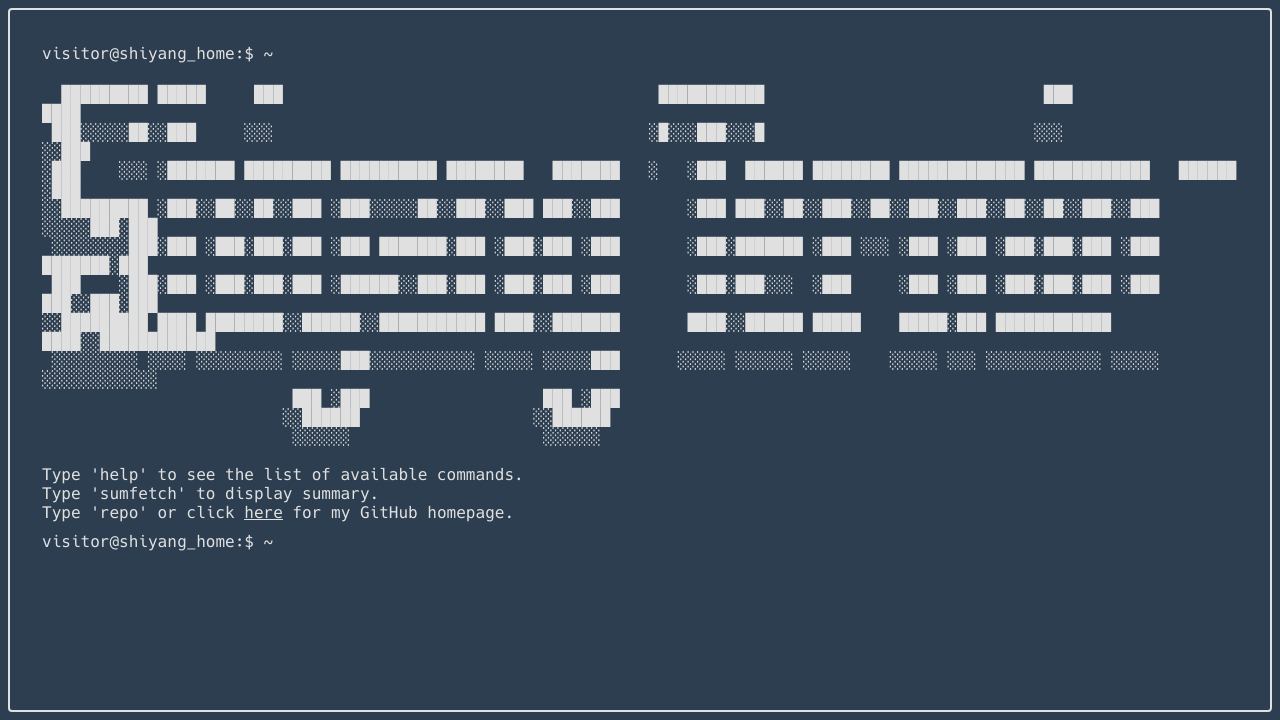
Repository: ShiyangLai/shiyanglai.github.io
Page: /
An editor plug-in stored every save of this project. The page is shown before and after the next save, followed by the edit.
The browser window is 1280 px wide. The pictures show the whole page.
The project was rebuilt for these pictures with package versions that can differ from the ones it lists, and the page was loaded fresh each time. The framework's server and built-in components were replaced by stand-ins that run in the browser. Also part of the build but not shown: next.config.js, src/utils/bin/commands.ts, src/utils/api.ts, src/utils/bin/api_commands.ts, src/utils/bin/sumfetch.ts.

Above is the page before, as saved 2024-04-15 15:34:48.

After the next save:
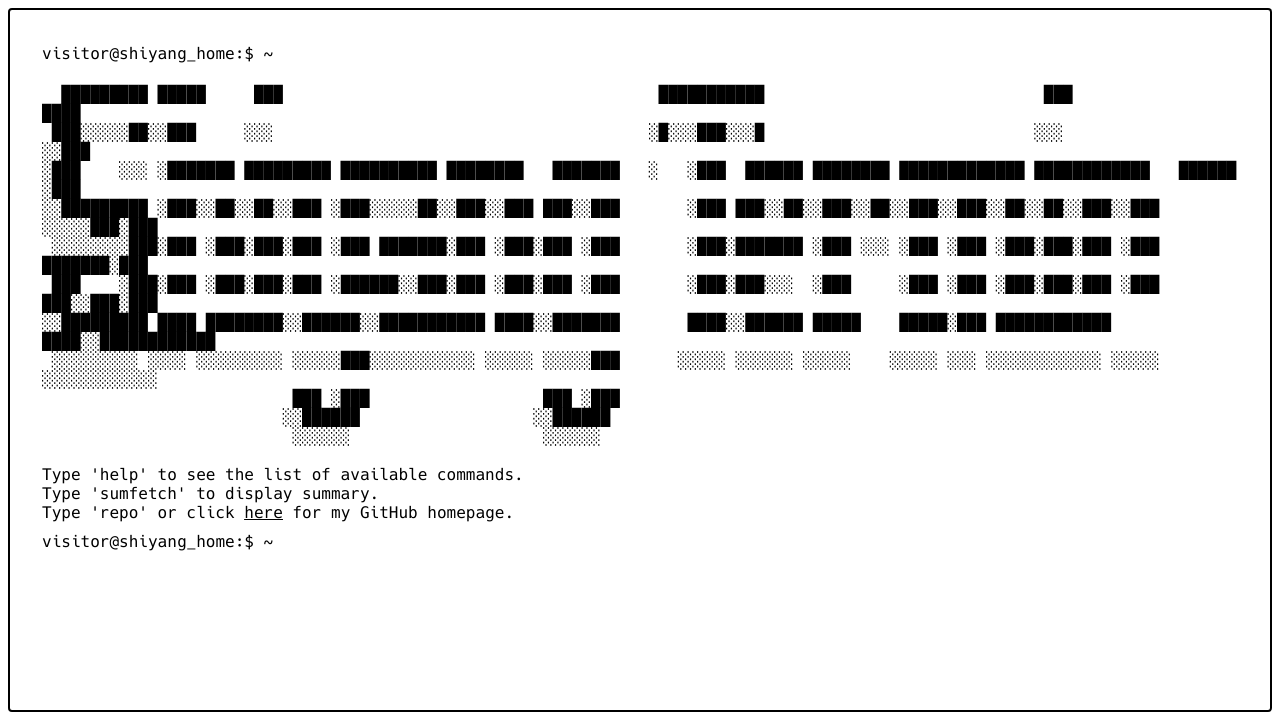
Saved 23 s later.
--- a/config.json
+++ b/config.json
@@ -38,26 +38,26 @@
       "terminal.ansiYellow":"#AE9513"
     },
     "light": {
-      "background":"#2C3E50",
-      "foreground":"#E0E0E0",
-      "terminalCursor.background":"#E0E0E0",
-      "terminalCursor.foreground":"#E0E0E0",
-      "terminal.ansiBlack":"#2C3E50",
-      "terminal.ansiBlue":"#3498DB",
-      "terminal.ansiBrightBlack":"#95A5A6",
-      "terminal.ansiBrightBlue":"#3498DB",
-      "terminal.ansiBrightCyan":"#1ABC9C",
-      "terminal.ansiBrightGreen":"#2ECC71",
-      "terminal.ansiBrightMagenta":"#9B59B6",
-      "terminal.ansiBrightRed":"#E74C3C",
-      "terminal.ansiBrightWhite":"#ECF0F1",
-      "terminal.ansiBrightYellow":"#F1C40F",
-      "terminal.ansiCyan":"#1ABC9C",
-      "terminal.ansiGreen":"#2ECC71",
-      "terminal.ansiMagenta":"#9B59B6",
-      "terminal.ansiRed":"#E74C3C",
-      "terminal.ansiWhite":"#E0E0E0",
-      "terminal.ansiYellow":"#F1C40F"
+      "terminal.background":"#FFFFFF",
+      "terminal.foreground":"#333333",
+      "terminalCursor.background":"#333333",
+      "terminalCursor.foreground":"#333333",
+      "terminal.ansiBlack":"#FFFFFF",
+      "terminal.ansiBlue":"#795DA3",
+      "terminal.ansiBrightBlack":"#969896",
+      "terminal.ansiBrightBlue":"#795DA3",
+      "terminal.ansiBrightCyan":"#183691",
+      "terminal.ansiBrightGreen":"#183691",
+      "terminal.ansiBrightMagenta":"#A71D5D",
+      "terminal.ansiBrightRed":"#ED6A43",
+      "terminal.ansiBrightWhite":"#FFFFFF",
+      "terminal.ansiBrightYellow":"#795DA3",
+      "terminal.ansiCyan":"#183691",
+      "terminal.ansiGreen":"#183691",
+      "terminal.ansiMagenta":"#A71D5D",
+      "terminal.ansiRed":"#ED6A43",
+      "terminal.ansiWhite":"#333333",
+      "terminal.ansiYellow":"#795DA3"
     }
   }
 }
